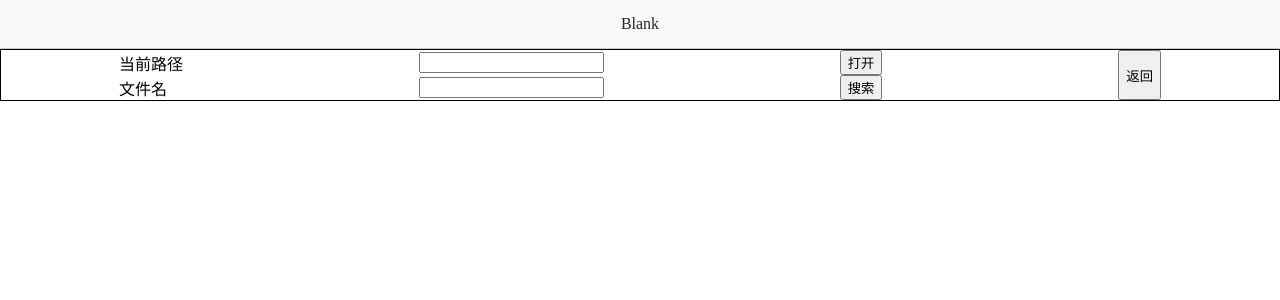
Repository: andycj7/-
Page: JS插件开发/filesystem/index.html
An editor plug-in stored every save of this project. The page is shown before and after the next save, followed by the edit.
The browser window is 1280 px wide. The pictures show the whole page.

Above is the page before, as saved 2020-07-21 07:51:50.
Console error (its wording comes from the project's code and is left out).

After the next save:
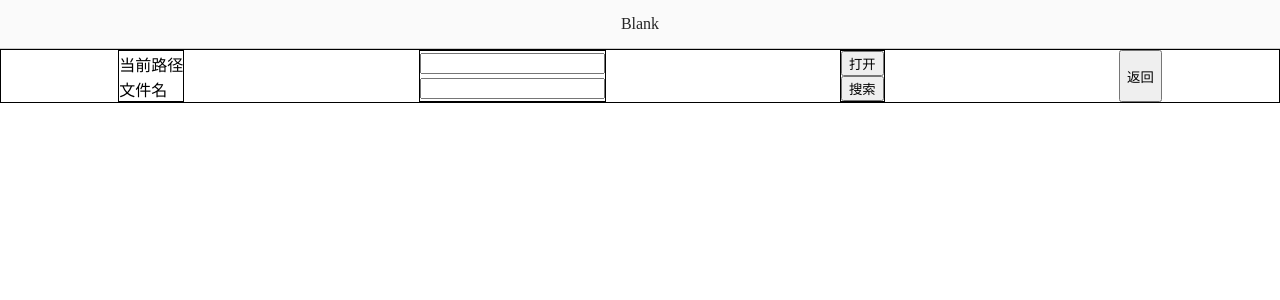
Saved 5 s later.
--- a/JS插件开发/filesystem/css/base.css
+++ b/JS插件开发/filesystem/css/base.css
@@ -37,7 +37,7 @@
 	display: flex;
 	flex-direction: column;
 	justify-content: space-around;
-	v
+	border:1px solid#000
 }
 
 .label {

After the 2 saves that followed:
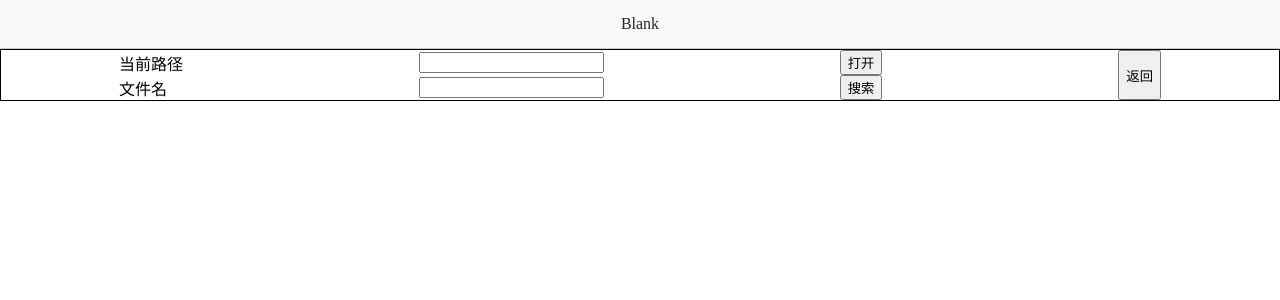
The 2 saves are shown as one change because they came seconds apart.
The last was saved 17 s later.
--- a/JS插件开发/filesystem/css/base.css
+++ b/JS插件开发/filesystem/css/base.css
@@ -37,7 +37,6 @@
 	display: flex;
 	flex-direction: column;
 	justify-content: space-around;
-	border:1px solid#000
 }
 
 .label {
